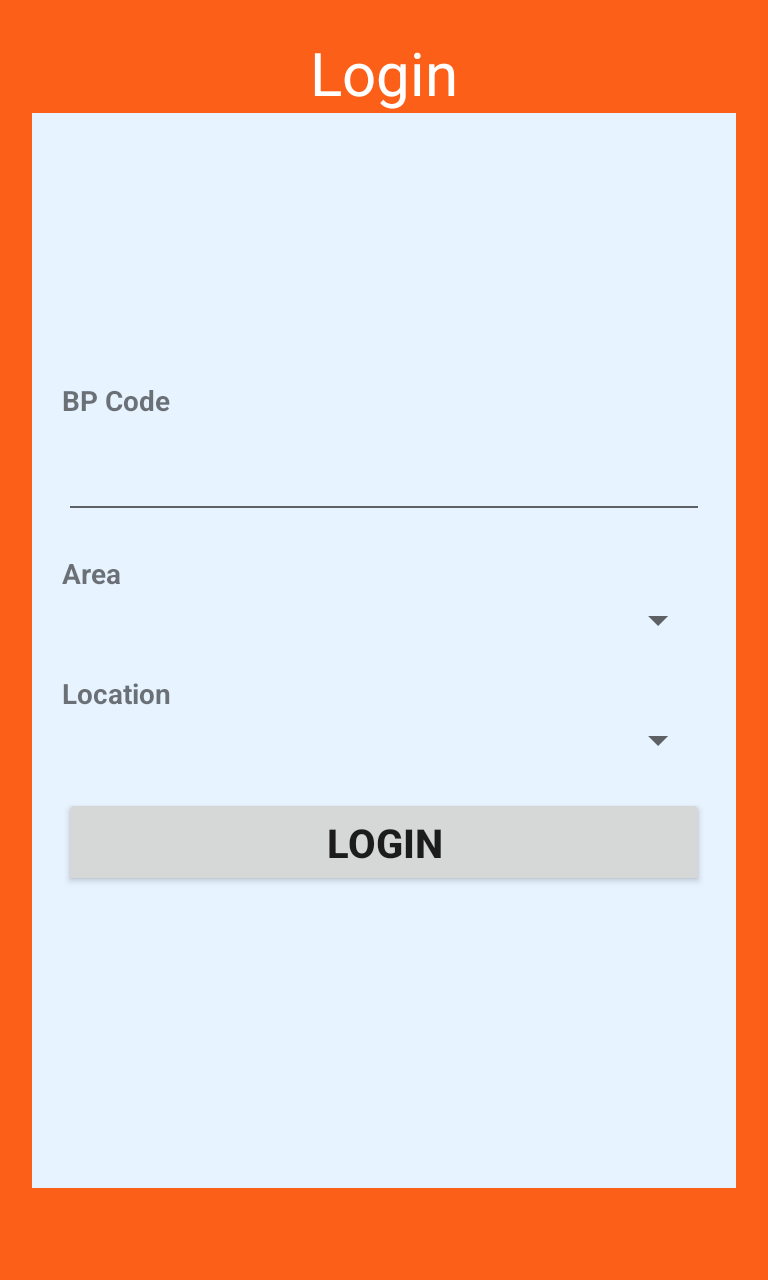
Repository: MushfiqurRahman/BLink3gApp
Layout: 3gExperience/res/layout/fragment_login.xml
An editor plug-in stored every save of this project. The layout is shown before and after the next save, followed by the edit.
It is drawn on a 768 x 1280 px phone screen (xhdpi) without system bars, with theme AppTheme; the app's code is not run.

Above is the layout before, as saved 2014-05-20 17:37:29.

After the next save:
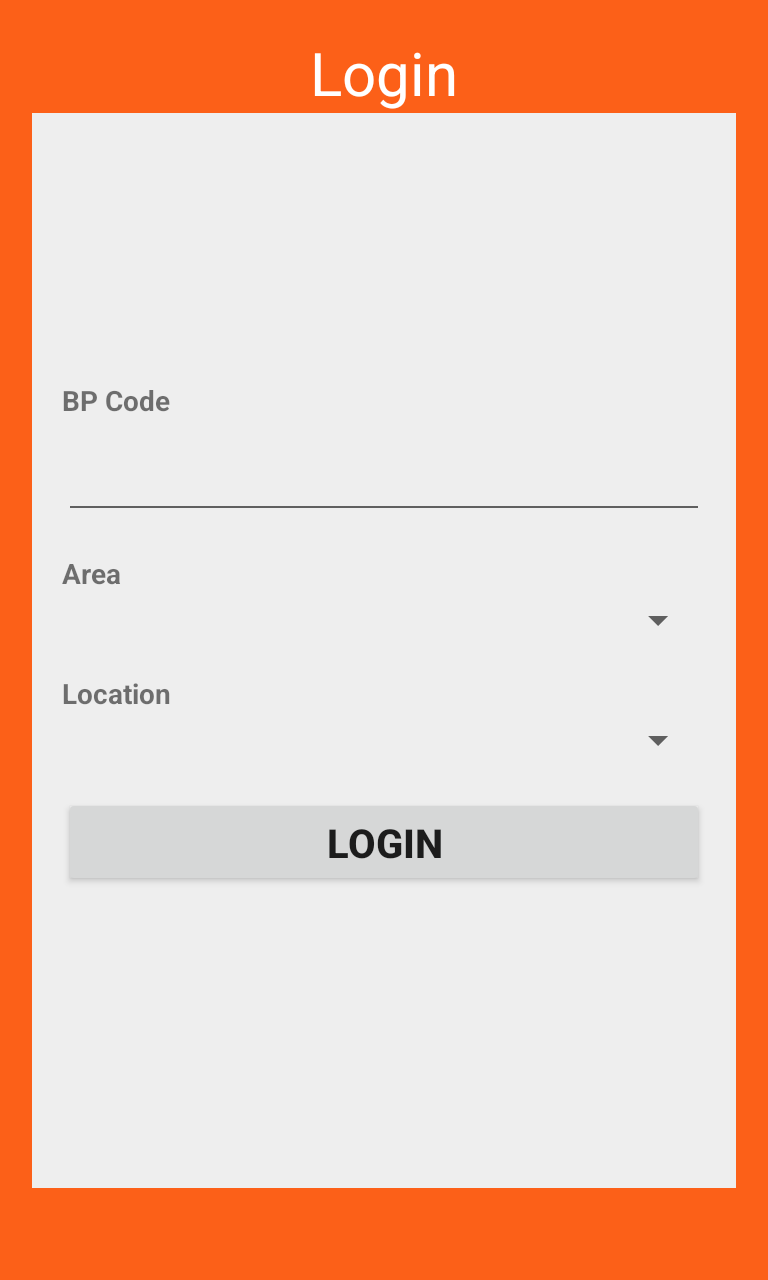
Saved 24 s later.
--- a/3gExperience/res/layout/fragment_login.xml
+++ b/3gExperience/res/layout/fragment_login.xml
@@ -39,7 +39,7 @@
         android:layout_height="fill_parent"
         android:layout_above="@id/LinearBottom"
         android:layout_below="@id/topMain"
-        android:background="#E7F3FF"
+        android:background="#EEEEEE"
         android:gravity="center"
         android:orientation="vertical"
         android:paddingLeft="15dp"

After the save that followed:
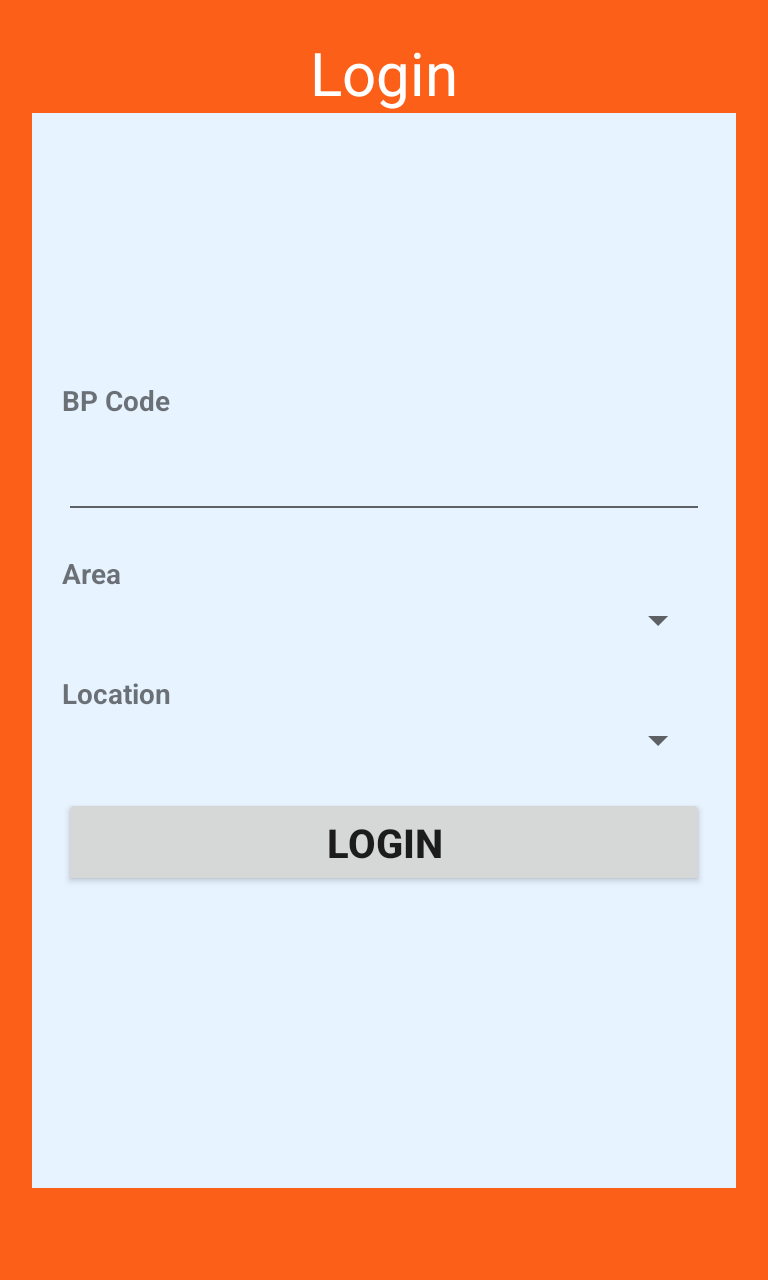
Saved 21 s later.
--- a/3gExperience/res/layout/fragment_login.xml
+++ b/3gExperience/res/layout/fragment_login.xml
@@ -39,7 +39,7 @@
         android:layout_height="fill_parent"
         android:layout_above="@id/LinearBottom"
         android:layout_below="@id/topMain"
-        android:background="#EEEEEE"
+        android:background="#E7F3FF"
         android:gravity="center"
         android:orientation="vertical"
         android:paddingLeft="15dp"
